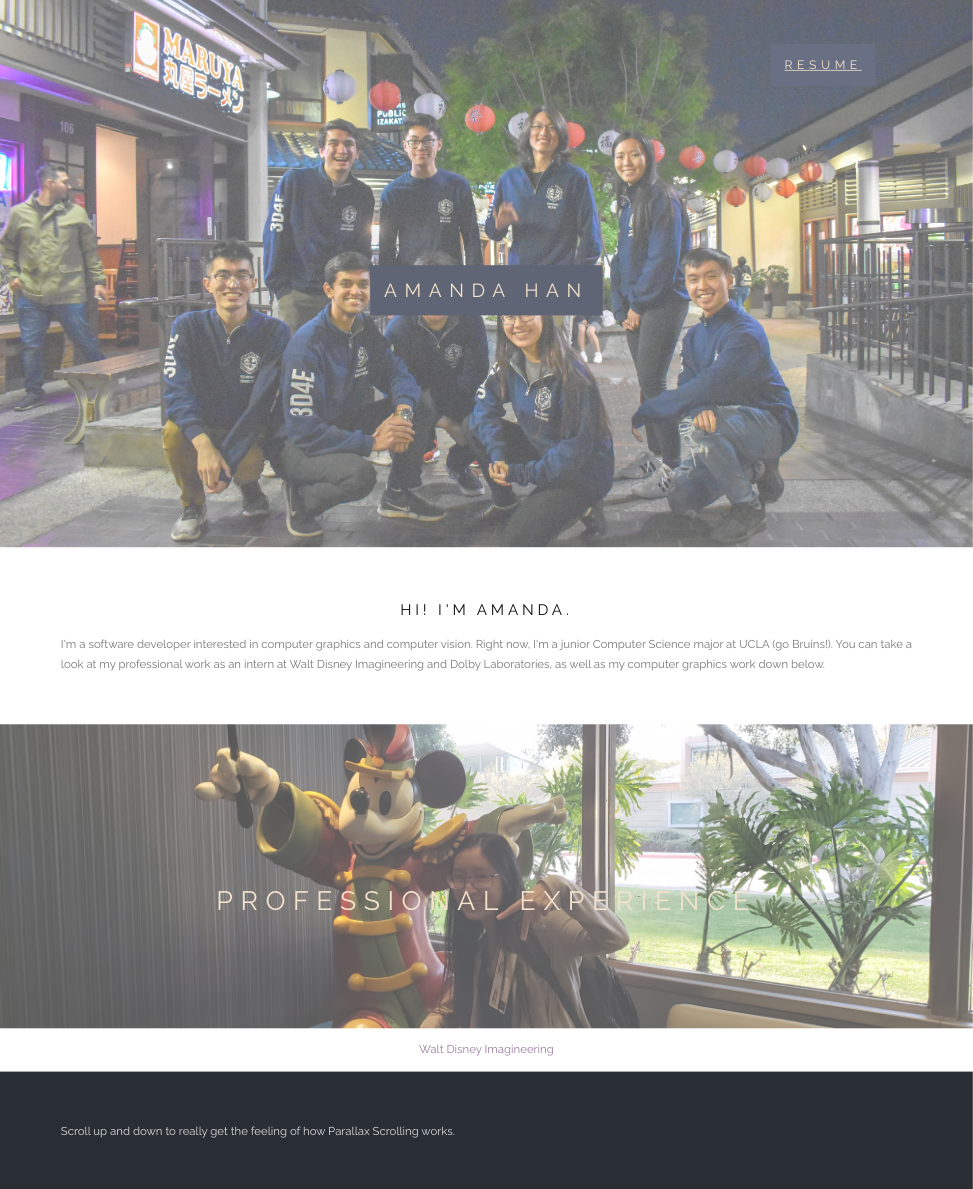
Repository: aliyuanh/me
Page: index.html
The author's editor kept a copy of each file at every save. The page is drawn from the files as they stood at one save, then again after the next save.
The browser window is 1280 px wide. The pictures show the part of the page from y = 0 to 1564 px (the page is 2844 px tall before and 2841 px after), at 76% of full size.
Pictures or frames that could not be fetched are drawn as grey boxes.

Above is the page before, as saved 2020-09-17 12:36:25.

After the next save:
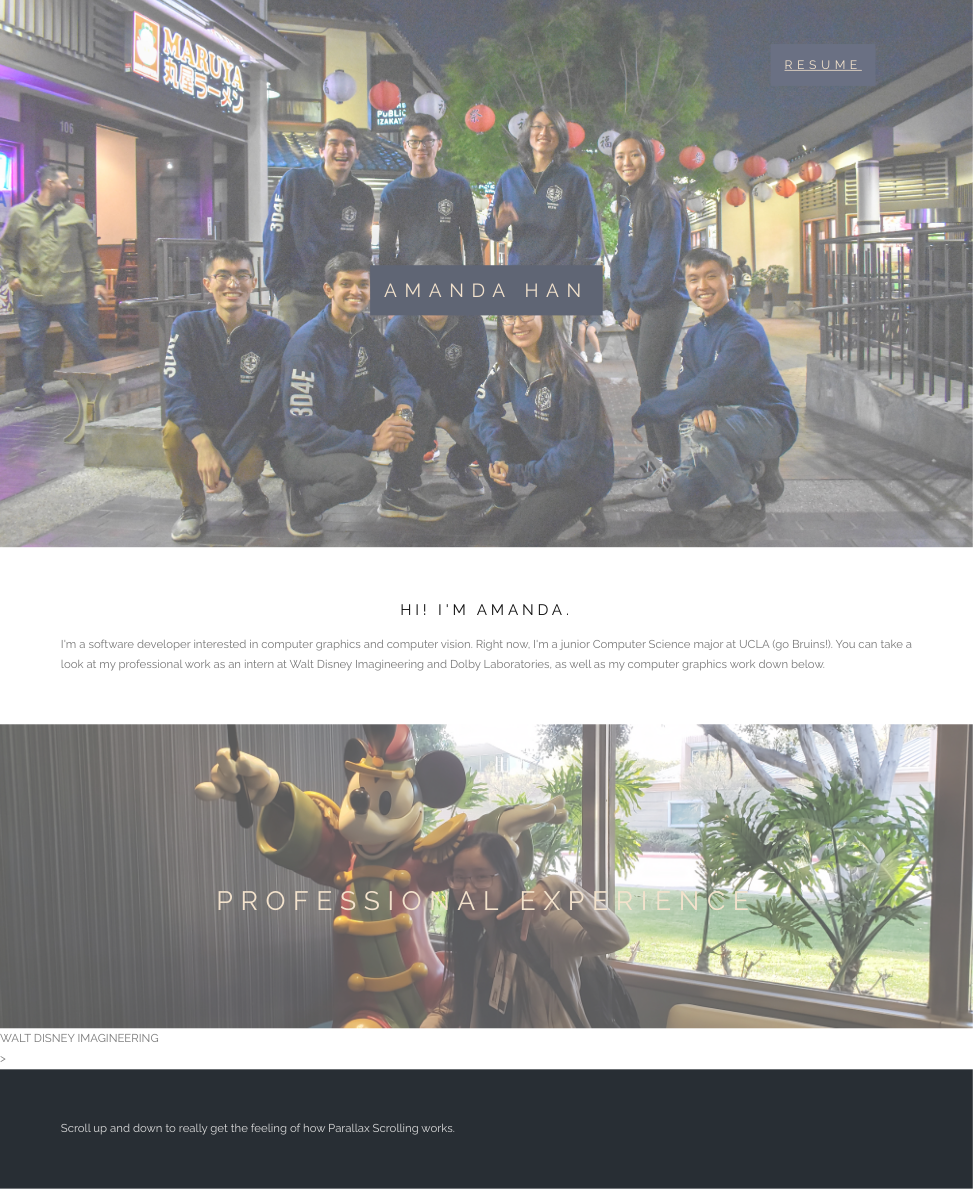
Saved 2 min 15 s later.
--- a/index.html
+++ b/index.html
@@ -149,7 +149,7 @@
     </div>
 
     <div style="position:relative;">
-        <p class="titleForBlock">Walt Disney Imagineering</p>
+        <div>WALT DISNEY IMAGINEERING</div>>
         <div style="color:#ddd;background-color:#282E34;text-align:center;padding:50px 80px;text-align: justify;">
             <p>Scroll up and down to really get the feeling of how Parallax Scrolling works.</p>
         </div>
